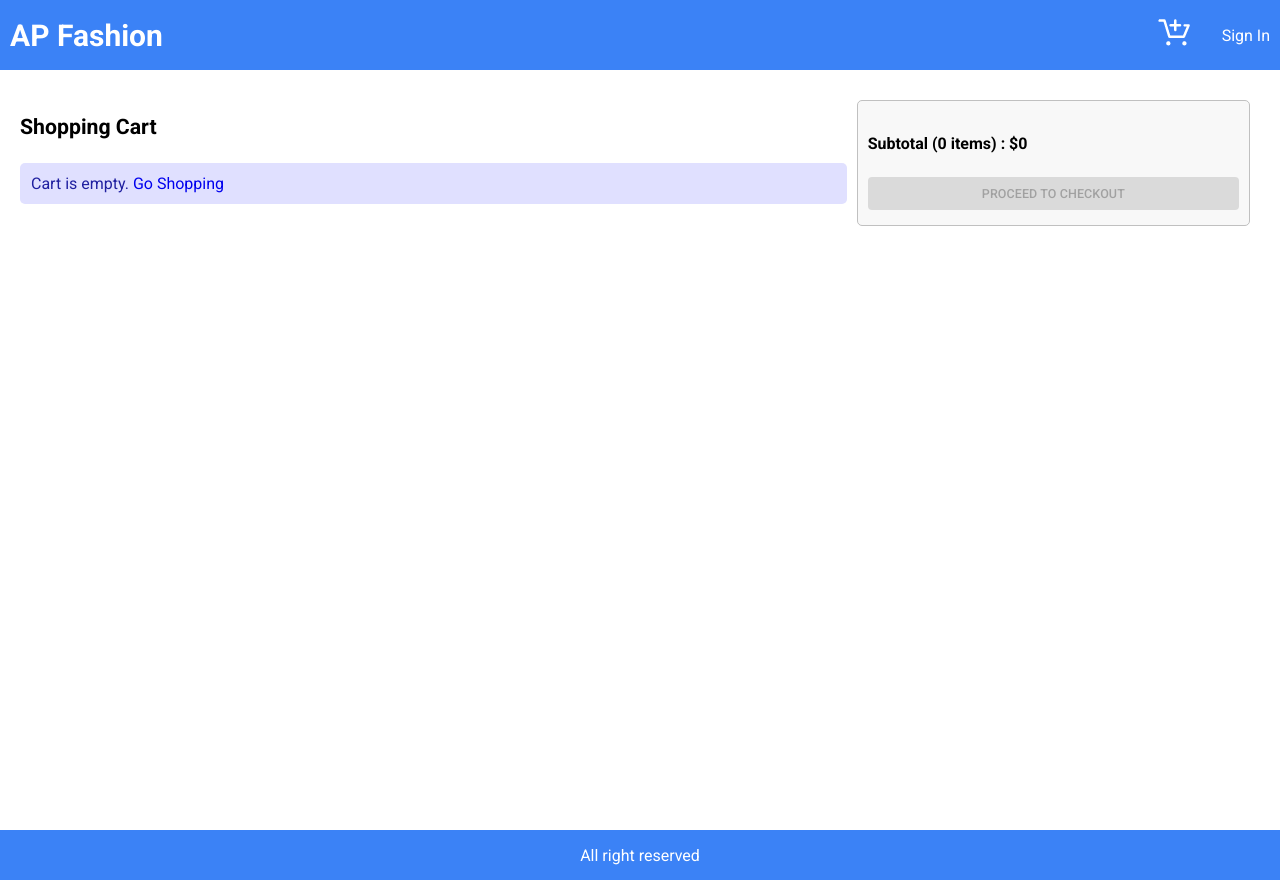
Repository: rexhep/e-commerce
Page: /cart (app in frontend/)
The author's editor kept a copy of each file at every save. The page is drawn from the files as they stood at one save, then again after the next save.
The browser window is 1280 px wide. The pictures show the whole page.
The project was rebuilt for these pictures with package versions that can differ from the ones it lists, and the page was loaded fresh each time. Also part of the build but not shown: frontend/src/actions/userActions.js, frontend/src/components/clientHeader/ClientHeader.jsx, frontend/src/components/Rating.js, frontend/src/components/Product.js, frontend/src/components/LoadingBox.js, frontend/src/actions/productActions.js, frontend/src/components/clientHeader/HeaderSlider.jsx, frontend/src/pages/HomePage.js and 21 more.

Above is the page before, as saved 2021-10-13 01:25:38.

After the next save:
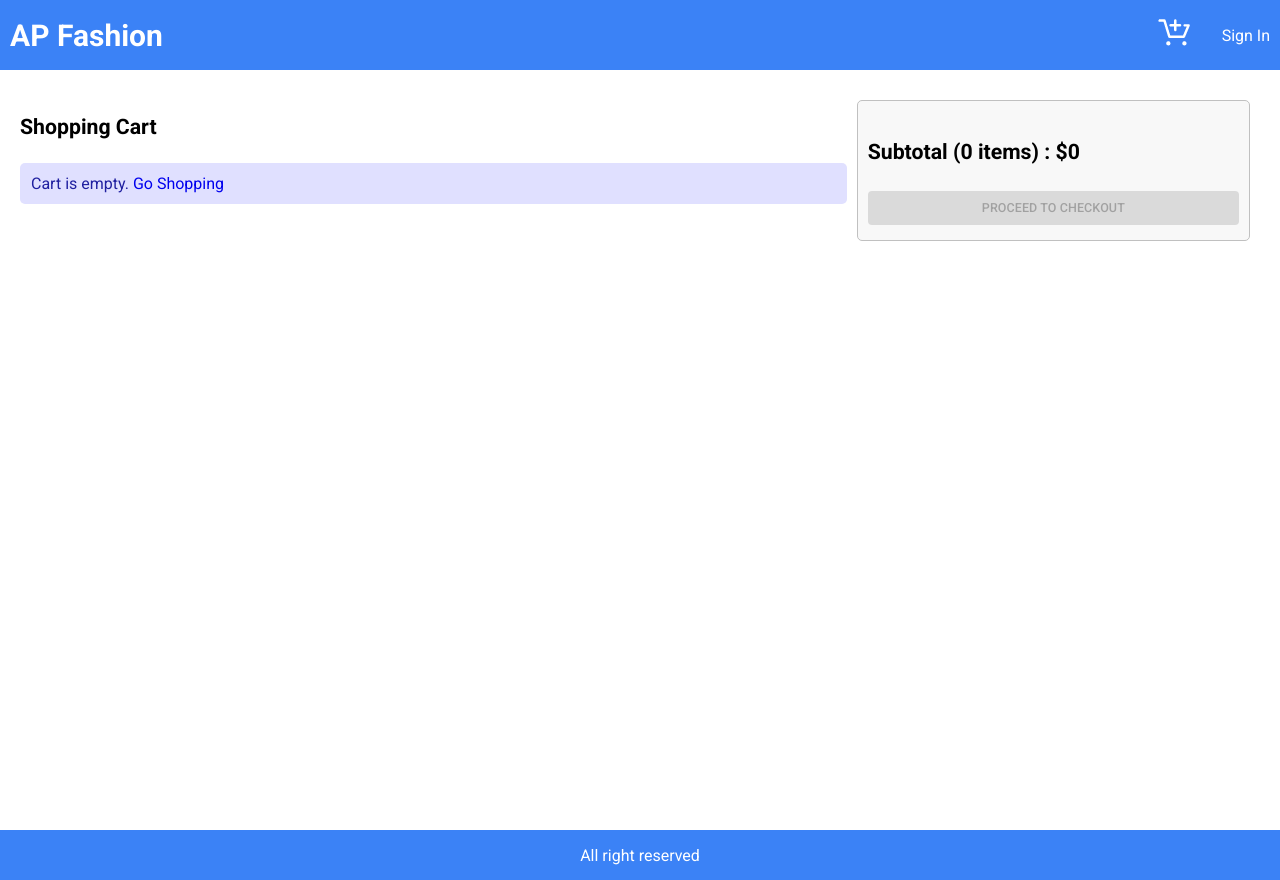
Saved 53 s later.
--- a/frontend/src/pages/CartPage.js
+++ b/frontend/src/pages/CartPage.js
@@ -151,7 +151,7 @@ export default function CartPage(props) {
                     <div className="card card-body">
                         <ul>
                             <li>
-                                <h2>
+                                <h2 className={classes.pageTitle}>
                                     Subtotal ({cartItems.reduce((a, c) => a + c.qty, 0)} items) : $
                                     {cartItems.reduce((a, c) => a + c.price * c.qty, 0)}
                                 </h2>
